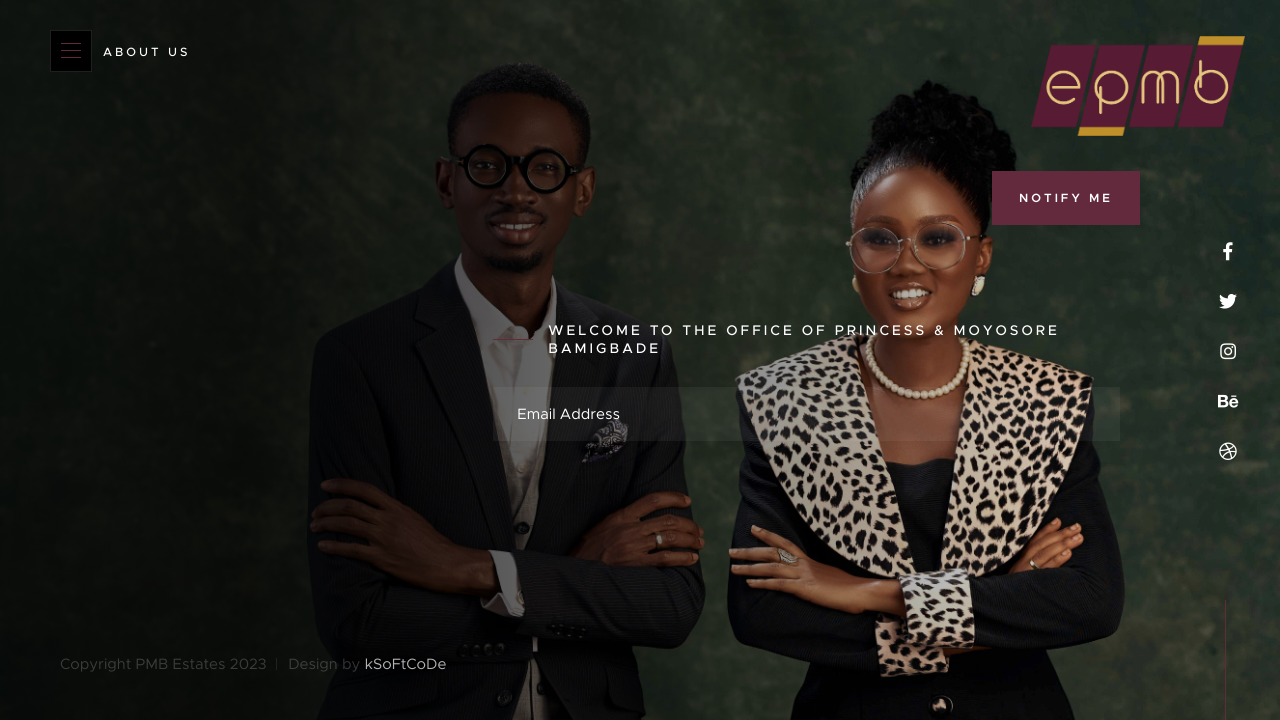
Repository: Ksoftcode/PMB
Page: index.html
An editor plug-in stored every save of this project. The page is shown before and after the next save, followed by the edit.
The browser window is 1280 px wide. The pictures show the whole page.

Above is the page before, as saved 2023-03-27 13:21:31.

After the next save:
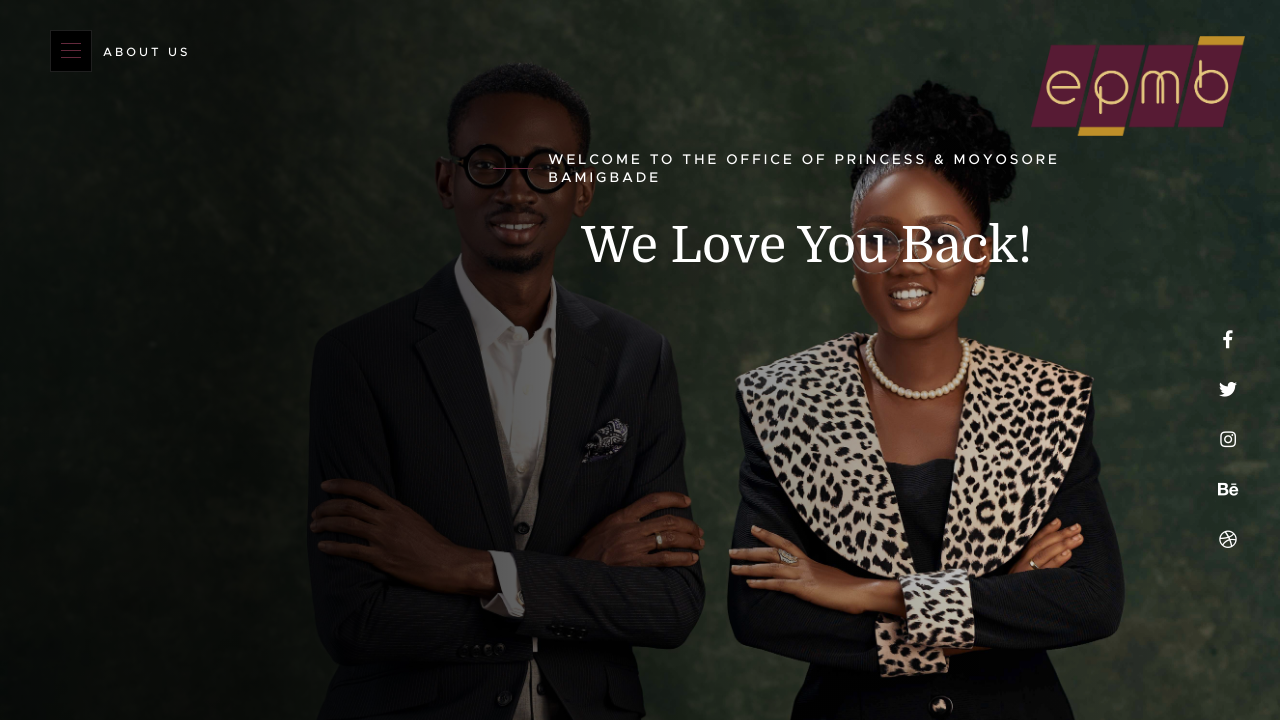
Saved 9 s later.
--- a/index.html
+++ b/index.html
@@ -52,7 +52,7 @@
                 <div class="col-eight home-content__text pull-right">
                     <h3>Welcome to the office of Princess & Moyosore Bamigbade</h3>
 
-                    <h1 style="text-align:center;>
+                    <h1 style="text-align:center;">
                         We Love You Back! <br>
                      <br>
                      <br> <br> <br> <br> <br> <br>
